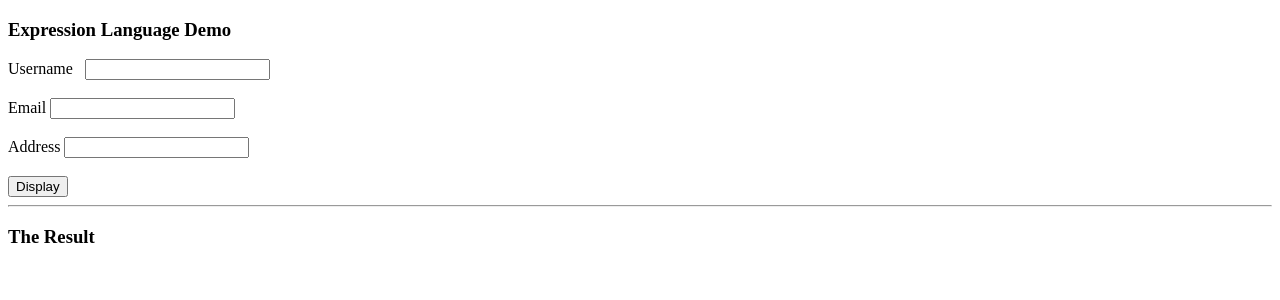
Repository: hnineiphyu-128/JavaEE_Exeercise_Lession
Page: http://localhost/05-EL/
An editor plug-in stored every save of this project. The page is shown before and after the next save, followed by the edit.
The browser window is 1280 px wide. The pictures show the whole page.
The page is served by Tomcat 9.

Above is the page before, as saved 2020-12-18 09:11:34.

After the next save:
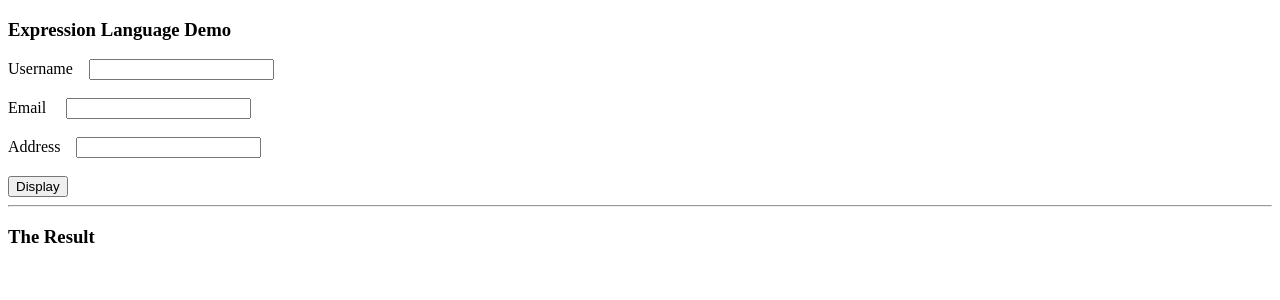
Saved 15 s later.
--- a/05-EL/src/main/webapp/index.jsp
+++ b/05-EL/src/main/webapp/index.jsp
@@ -12,11 +12,11 @@
 	<%-- <label>1+2 = ${1+2}</label> --%>
 
 	<form action="" method="">
-		<label for="username"> Username &nbsp;</label>
+		<label for="username"> Username &nbsp;&nbsp;</label>
 		<input type="text" name="username" id="username" > <br><br>
-		<label for="email"> Email </label>
+		<label for="email"> Email &nbsp;&nbsp;&nbsp;</label>
 		<input type="email" name="email" id="email" > <br><br>
-		<label for="address"> Address </label>
+		<label for="address"> Address &nbsp;&nbsp;</label>
 		<input type="text" name="address" id="address" > <br><br>
 
 		<button type="submit"> Display </button>
